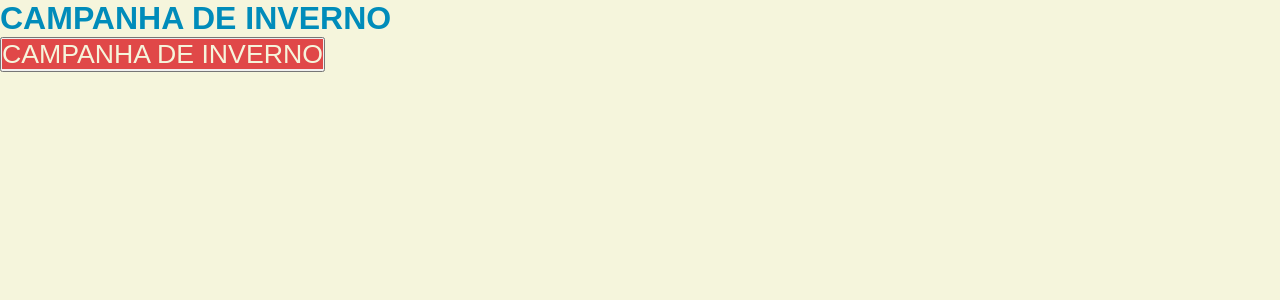
Repository: adrtrvs/qrcodeong
Page: campaignall.html
The author's editor kept a copy of each file at every save. The page is drawn from the files as they stood at one save, then again after the next save.
The browser window is 1280 px wide. The pictures show the whole page.
Some web fonts or font styles are not loaded; a fallback is used.

Above is the page before, as saved 2023-05-26 09:42:06.

### campaignall.html
<!DOCTYPE html>
<html lang="pt-br">
  <head>
    <meta charset="UTF-8" />
    <meta http-equiv="X-UA-Compatible" content="IE=edge" />
    <meta name="viewport" content="width=device-width, initial-scale=1.0" />
    <link
      href="./files/logofavifinal.jpeg"
      rel="shortcut icon"
      type="image/x-icon"
    />
    <link rel="stylesheet" href="style.css" />
    <title>Campanha de inverno</title>
  </head>
  <body>
    <h1>Campanha de inverno</h1>
    <button class="campaignbutton">
      <a href="#" target="_blank">Campanha de Inverno</a>
  </body>
</html>

### style.css
@import url('https://fonts.googleapis.com/css2?family=Courgette&display=swap');
@import url('https://fonts.googleapis.com/css2?family=Indie+Flower&display=swap');
@import url('https://fonts.googleapis.com/css2?family=Cuprum:wght@500&display=swap');
* {
  padding: 0;
  margin: 0;
}
@keyframes animate {
  0% {
    opacity: 0;
  }

  50% {
    opacity: 1;
  }

  100% {
    opacity: 0;
  }
}

body {
  background-color: #f5f5dc;
  background-repeat: no-repeat;
  background-size: cover;
  width: 100%;
}

header img {
  width: 100%;
}

header p {
  color: black;
  text-align: center;
  font-size: 18px;
  margin: 10px;
  font-family: 'Cuprum', sans-serif;
}

/*FONTES*/

h1,
h2,
h3 {
  color: #008cba;
  text-transform: uppercase;
  font-family: 'Cuprum', sans-serif;
}

/* MENU INDEX */

.menu h2 {
  background-color: #008cba;
  text-align: center;
  font-size: 18px;
  margin: 5px;
  padding: 5px;
  color: whitesmoke;
  font-family: 'Cuprum', sans-serif;
}

.menu h3 {
  font-size: 16px;
  margin-bottom: 5px;
  font-family: 'Cuprum', sans-serif;
}

/* LISTA INDEX */

ul li {
  display: flex;
  justify-content: space-between;
  padding: 16px;
  border-bottom: 1px solid rgba(0, 0, 0, 0.1);
}

/* PARAGRAFOS INDEX*/

.details {
  padding: 5px;
  color: #008cba;
  font-family: 'Cuprum', sans-serif;
}

/*BOTAO INDEX*/

._link {
  background-color: #008cba;
  border: none;
  padding: 13px 23px;
  border-radius: 26px;
  align-self: flex-start;
}

.submenu button a {
  text-decoration: none;
  font-size: 14px;
  color: whitesmoke;
  white-space: nowrap;
  font-family: 'Cuprum', sans-serif;
}

._link:hover {
  background-color: #cbf305;
  transition-duration: 0.4s;
}

.botaocomprov {
  background-color: #4caf50;
  border: none;
  padding: 13px 23px;
  border-radius: 26px;
}
.botaocomprov:hover {
  background-color: #cbf305;
  transition-duration: 0.4s;
}
.botaocomprov a {
  text-decoration: none;
  font-size: 14px;
  color: whitesmoke;
  white-space: nowrap;
  font-family: 'Cuprum', sans-serif;
}
/* PIX ONG  */
._pix {
  color: black;
  padding: 20px;
  text-align: center;
}
.qrcodepixong {
  display: flex;
  flex-direction: column;
  align-items: center;
  background-color: whitesmoke;
}
.qrcodepixong img {
  max-width: -webkit-fill-available;
}

/* TROCO SOLIDÁRIO */

div.trocorockn {
  display: flex;
  flex-direction: column;
  align-items: center;
  background-color: whitesmoke;
}
.trocorockn img {
  max-width: -webkit-fill-available;
}
.ultroco li {
  text-align: center;
  font-family: 'Cuprum', sans-serif;
  color: #008cba;
}

/*BOTÃO CAMPANHAS*/


.campaignbutton a {
  text-decoration: none;
  text-transform: uppercase;
  font-size: 2em;
  color: #f5f5dc;
  background-color: rgba(219, 10, 10, 0.73);
  animation: animate 2s linear infinite;
  font-family: 'Cuprum', sans-serif;

}

.bcampaign {
  padding: 8px 15px;
  border-radius: 26px;
  border: none;
  background-color: #008cba;
}

.bcampaign:hover {
  background-color: #cbf305;
  transition-duration: 0.4s;
} */
/* CAMPAIGN*/

/* campaignvid {
  display: flex;
  flex-direction: column;
  align-items: center;
 */

/* .buttoncampaignaj {
  padding: 8px 15px;
  border-radius: 26px;
  border: none;
  background-color: #008cba;
  margin: 20px;
}

.buttoncampaignaj a {
  text-decoration: none;
  text-transform: uppercase;
  font-size: 2em;
  color: whitesmoke;
  animation: animate 3s linear infinite;
}

.buttoncampaignaj:hover {
  background-color: #4caf50;
  transition-duration: 0.4s;
}

.titlecampaing {
  text-align: center;
  color: rgba(0, 0, 0, 0.9);
}

.campaigndescription {
  font-size: 16px;
  color: rgba(0, 0, 0, 0.8);
  padding: 16px;
  text-align: center;
  justify-content: space-between;
} */

After the next save:
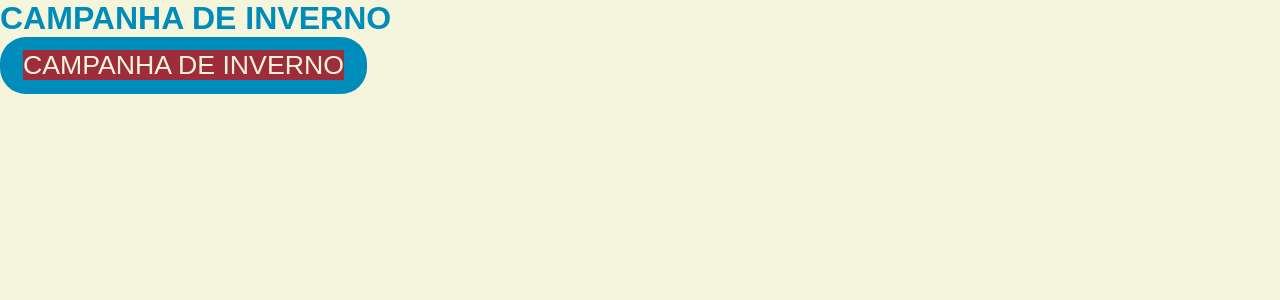
Saved 39 s later.
--- a/style.css
+++ b/style.css
@@ -158,6 +158,14 @@ div.trocorockn {
 
 /*BOTÃO CAMPANHAS*/
 
+.campaignbutton {
+  background-color: #008cba;
+  border: none;
+  padding: 13px 23px;
+  border-radius: 26px;
+  align-self: flex-start;
+
+}
 
 .campaignbutton a {
   text-decoration: none;
